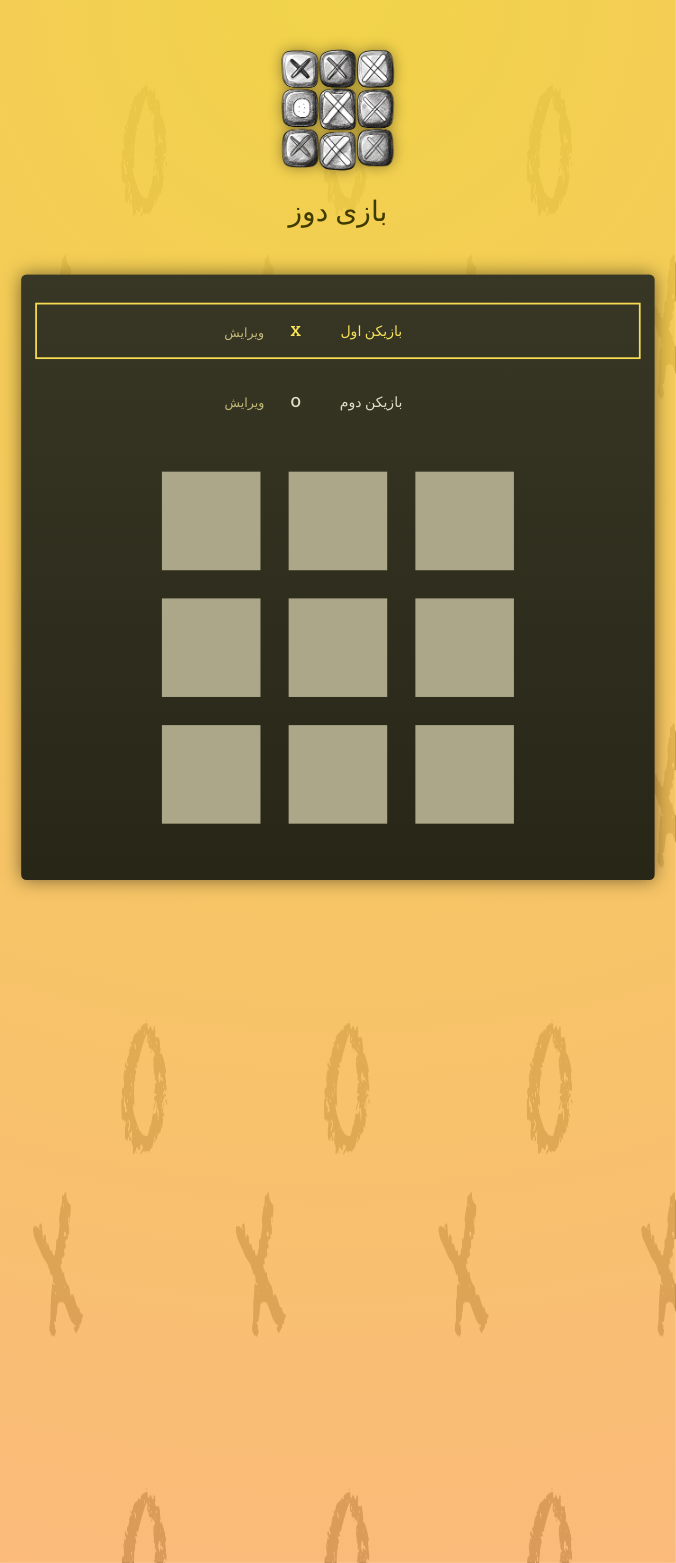
Repository: H-ala/react-tic-toc-toe
Page: /
An editor plug-in stored every save of this project. The page is shown before and after the next save, followed by the edit.
The browser window is 768 px wide. The pictures show the whole page, at 88% of full size.
Some web fonts or font styles are not loaded; a fallback is used. The project was rebuilt for these pictures with package versions that can differ from the ones it lists, and the page was loaded fresh each time. Also part of the build but not shown: vite.config.js, src/components/GameOver.jsx.

Above is the page before, as saved 2025-10-21 18:21:08.

After the next save:
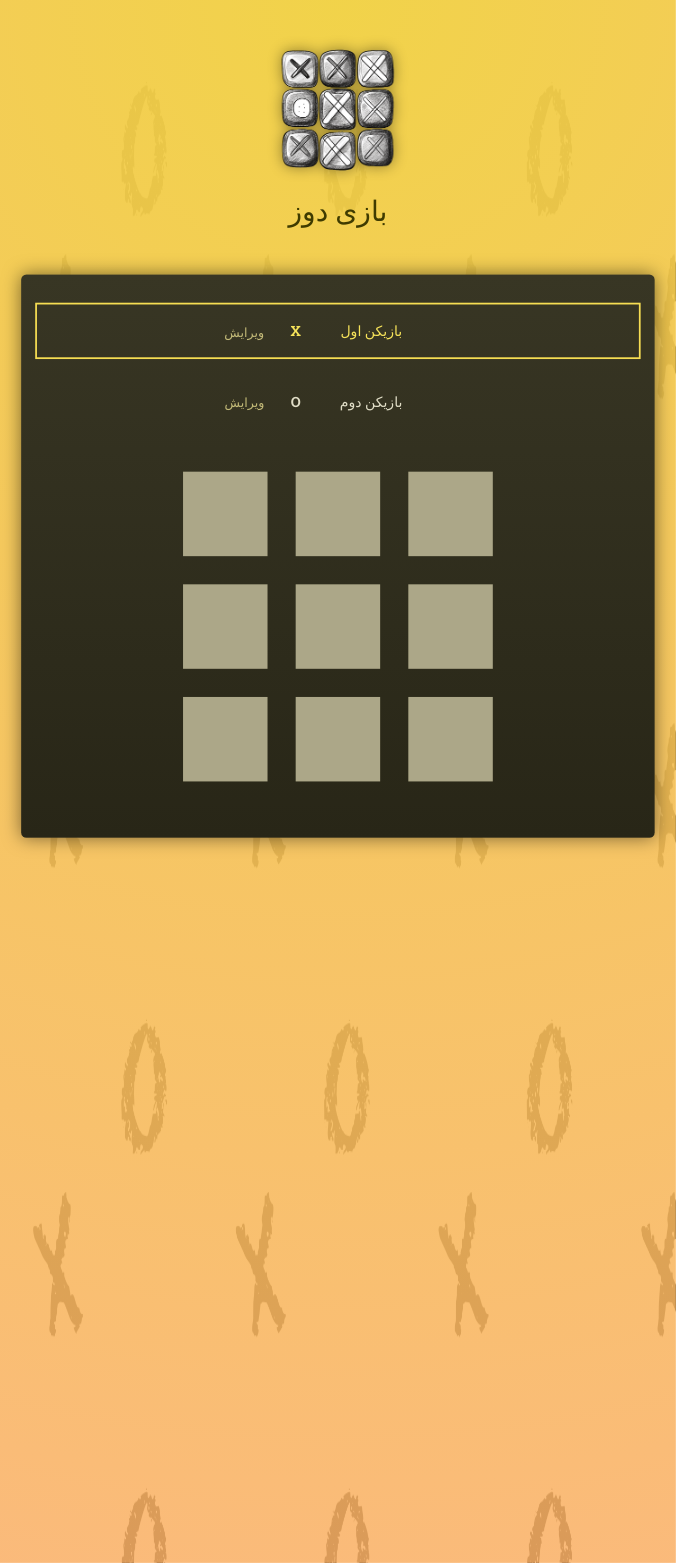
Saved 15 s later.
--- a/src/index.css
+++ b/src/index.css
@@ -373,8 +373,8 @@ ol {
   }
 
   #game-board button {
-    width: 7rem;
-    height: 7rem;
+    width: 6rem;
+    height: 6rem;
     font-size: 3.5rem;
   }
 
